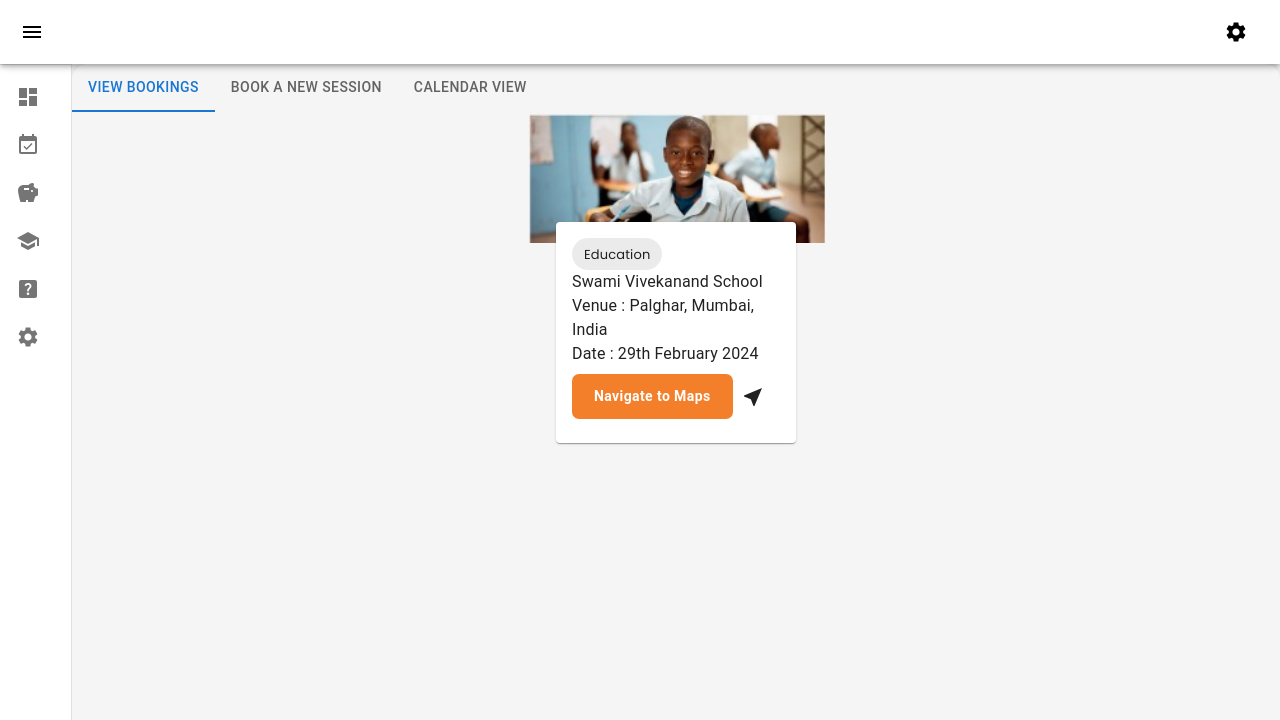
Repository: shubhampirate/Google_Solutions_Edural
Page: /bookings
An editor plug-in stored every save of this project. The page is shown before and after the next save, followed by the edit.
The browser window is 1280 px wide. The pictures show the whole page.
An inner scrolling area shows only its first screen. The project was rebuilt for these pictures with package versions that can differ from the ones it lists, and the page was loaded fresh each time. Some packages were replaced by stand-ins written for this rebuild. Also part of the build but not shown: src/Components/Navbar.jsx, src/Components/Footer.jsx, src/Components/CongratsCard.jsx, src/pages/Hero/Hero.jsx, src/pages/Dashboard/Dashboard.jsx, src/pages/Sign_in.jsx, src/pages/Bookings/LicenseCard.jsx.

Above is the page before, as saved 2024-02-04 18:11:23.

### src/index.js
import React from "react";
import ReactDOM from "react-dom/client";
import "./index.css";
import { GoogleOAuthProvider } from '@react-oauth/google';
import App from "./App";
import { BrowserRouter } from "react-router-dom";
const root = ReactDOM.createRoot(
    document.getElementById("root"));
root.render(
    <BrowserRouter>
<GoogleOAuthProvider clientId="730379698185-cv7a59sok9sod43v04ee6g6pt4gtaea2.apps.googleusercontent.com">
        {/* <React.StrictMode> */}
            <App />
        {/* </React.StrictMode> */}
    </GoogleOAuthProvider>
    </BrowserRouter>

);

### src/App.jsx
import Hero from "./pages/Hero/Hero";
import Dashboard from "./pages/Dashboard/Dashboard";
import Layout from "./Components/layout";
import SignIn from "./pages/Sign_in";
import Booking from "./pages/Bookings/bookings"
import {useState} from "react";
import { Route, Routes } from "react-router-dom";
function App() {
  return (
    <>
      {/* <Hero />   */}
      {/* <SignIn /> */}
      <Routes>
        <Route path="/signin" element={<><SignIn /></>} />
        <Route path="/dashboard" element={<Layout><Dashboard /></Layout>} />
        {/* <Route path="/education" element={<><Education /></>} /> */}
        <Route path="/bookings" element={<Layout><Booking /></Layout>} />
        {/* <Route path="/profile" element={<><Profile /></>} /> */}
        {/* <Route path="/finance" element={<><Finance /></>} /> */}
        {/* <Route path="/questions" element={<><Questions /></>} /> */}
        {/* <Route path="/retireaibot" element={<><Bot /></>} /> */}
        <Route path="/" element={<><Hero /></>} />
      </Routes>
         </>
  );
}

export default App;

### src/Components/layout.jsx
import React from 'react';
import { styled, createTheme, ThemeProvider } from '@mui/material/styles';
import CssBaseline from '@mui/material/CssBaseline';
import MuiDrawer from '@mui/material/Drawer';
import Box from '@mui/material/Box';
import MuiAppBar from '@mui/material/AppBar';
import Toolbar from '@mui/material/Toolbar';
import IconButton from '@mui/material/IconButton';
import MenuIcon from '@mui/icons-material/Menu';
import ChevronLeftIcon from '@mui/icons-material/ChevronLeft';
import { mainListItems } from './listItems';
import { List } from '@mui/material';
import Divider from '@mui/material/Divider';
import Badge from '@mui/material/Badge';
// import NotificationsIcon from '@mui/icons-material/Notifications';
import Typography from '@mui/material/Typography';
import SettingsIcon from '@mui/icons-material/Settings';
const drawerWidth = 240;

const AppBar = styled(MuiAppBar, {
  shouldForwardProp: (prop) => prop !== 'open',
})(({ theme, open }) => ({
  zIndex: theme.zIndex.drawer + 1,
  transition: theme.transitions.create(['width', 'margin'], {
    easing: theme.transitions.easing.sharp,
    duration: theme.transitions.duration.leavingScreen,
  }),
  ...(open && {
    marginLeft: drawerWidth,
    width: `calc(100% - ${drawerWidth}px)`,
    transition: theme.transitions.create(['width', 'margin'], {
      easing: theme.transitions.easing.sharp,
      duration: theme.transitions.duration.enteringScreen,
    }),
  }),
  backgroundColor: 'white', // Set background color to white
  color: 'black',
}));

const Drawer = styled(MuiDrawer, { shouldForwardProp: (prop) => prop !== 'open' })(
  ({ theme, open }) => ({
    '& .MuiDrawer-paper': {
      position: 'relative',
      whiteSpace: 'nowrap',
      width: drawerWidth,
      transition: theme.transitions.create('width', {
        easing: theme.transitions.easing.sharp,
        duration: theme.transitions.duration.enteringScreen,
      }),
      boxSizing: 'border-box',
      ...(!open && {
        overflowX: 'hidden',
        transition: theme.transitions.create('width', {
          easing: theme.transitions.easing.sharp,
          duration: theme.transitions.duration.leavingScreen,
        }),
        width: theme.spacing(7),
        [theme.breakpoints.up('sm')]: {
          width: theme.spacing(9),
        },
      }),
    },
  }),
);

const defaultTheme = createTheme();

const Layout = ({ children }) => {
  const [open, setOpen] = React.useState(false);

  const toggleDrawer = () => {
    setOpen(!open);
  };

  return (
    <ThemeProvider theme={defaultTheme}>
      <Box sx={{ display: 'flex' }}>
        <CssBaseline />
        <AppBar position="absolute" open={open}
        //  sx={{
        //         backgroundColor:
        //         // "rgba(244, 127, 42, 0.04)",
        //         (theme) =>
        //         theme.palette.mode === 'light'
        //             ? theme.palette.grey[100]
        //             : theme.palette.grey[900]}}
                    >
          <Toolbar
            sx={{
              pr: '24px', // keep right padding when drawer closed
            }}
          >
            <IconButton
              edge="start"
              color="inherit"
              aria-label="open drawer"
              onClick={toggleDrawer}
              sx={{
                marginRight: '36px',
                ...(open && { display: 'none' }),
              }}
            >
              <MenuIcon />
            </IconButton>
            <Typography
              component="h1"
              variant="h6"
              color="inherit"
              noWrap
              sx={{ flexGrow: 1 }}
            >
              {/* Dashboard */}
            </Typography>
            <IconButton color="inherit">
              {/* <Badge badgeContent={4} color="secondary"> */}
                <SettingsIcon />
              {/* </Badge> */}
            </IconButton>

          </Toolbar>
        </AppBar>
        <Drawer variant="permanent" open={open}>
          <Toolbar
            sx={{
              display: 'flex',
              alignItems: 'center',
              justifyContent: 'flex-end',
              px: [1],
            }}
          >
            <IconButton onClick={toggleDrawer}>
              <ChevronLeftIcon />
            </IconButton>
          </Toolbar>
          <Divider />
            <List component="nav">
                {mainListItems}
            </List>
        </Drawer>
        <Box
          component="main"
          sx={{
            backgroundColor: (theme) =>
              theme.palette.mode === 'light'
                ? theme.palette.grey[100]
                : theme.palette.grey[900],
            flexGrow: 1,
            height: '100vh',
            overflow: 'auto',
          }}
        >
          <Toolbar />
          {/* Content of individual pages */}
          {children}
        </Box>
      </Box>
    </ThemeProvider>
  );
};

export default Layout;

### src/pages/Bookings/bookings.jsx
import React, { useState, useEffect } from 'react';
import { styled, createTheme, ThemeProvider } from '@mui/material/styles';
import CssBaseline from '@mui/material/CssBaseline';
import Box from '@mui/material/Box';
import Tabs from '@mui/material/Tabs';
import Tab from '@mui/material/Tab';
import Card from '@mui/material/Card';
import CardContent from '@mui/material/CardContent';
import Typography from '@mui/material/Typography';
import GoogleMapReact from 'google-map-react'; // Install with npm/yarn
import FullCalendar from '@fullcalendar/react'; // Install with npm/yarn
import dayGridPlugin from '@fullcalendar/daygrid'; // Install with npm/yarn
import LicenseCard from './LicenseCard';
import { CardActions, Button } from '@mui/material';
import Chip from '@mui/material/Chip';
import CustomButton from '../../Components/CustomButton';
import heroImg from "../../media/img_1.jpeg";
import NorthEastIcon from '@mui/icons-material/NorthEast';
import NearMeIcon from '@mui/icons-material/NearMe';
const defaultTheme = createTheme();



const calendarEvents = [
  { id: 1, title: 'Event 1', start: '2024-02-10', end: '2024-02-12' },
  { id: 2, title: 'Event 2', start: '2024-02-15', end: '2024-02-18' },
  // Add more calendar event data as needed
];

const AnyReactComponent = ({ text }) => <div>{text}</div>;

export default function Booking() {
  const [tabValue, setTabValue] = useState(0);

  const handleChangeTab = (event, newValue) => {
    setTabValue(newValue);
  };

  return (
    <ThemeProvider theme={defaultTheme}>
      <Box sx={{ display: 'flex', borderRadius: '16px', overflow: 'hidden', boxShadow: '0px 0px 10px rgba(0, 0, 0, 0.1)' }}>
        <CssBaseline />
        <Box
          component="main"
          sx={{
            backgroundColor: (theme) =>
              theme.palette.mode === 'light'
                ? theme.palette.grey[100]
                : theme.palette.grey[900],
            flexGrow: 1,
            height: '100vh',
            overflow: 'hidden',
          }}
        >
          <Tabs value={tabValue} onChange={handleChangeTab}>
            <Tab label="View Bookings" />
            <Tab label="Book a New Session" />
            <Tab label="Calendar View" />
          </Tabs>

          {tabValue === 0 && (
             <Box position="relative" maxWidth="300px" margin="auto" marginBottom="2rem">
             <img
               src={heroImg}
               alt="card-background"
               style={{
                 width: '100%',
                 height: '60%',
                 objectFit: 'cover',
               }}
             />
             <Card
               sx={{
                 position: 'absolute',
                 top: '80%', // Start from around 20% from the top
                 left: '10%', // Adjust as needed
                 right: '10%', // Adjust as needed
                 backgroundColor: (theme) => theme.palette.background.paper,
                 opacity: 1,

                //  minHeight:  , // Adjust as needed
                 overflow: 'auto',
               }}
             >
               <CardContent>
               <Chip size="sm" variant="soft" label="Education" />

           <Typography level="title-lg"> Swami Vivekanand School </Typography>
        <Typography level="body-md">
         Venue : Palghar, Mumbai, India
        </Typography>
        <Typography level="body-md">
         Date : 29th February 2024
        </Typography>
        <Box sx={{ display: 'flex', alignItems: 'center', marginTop: '8px' }}>
            <CustomButton backgroundColor="#F47F2A" color="#fff" buttonText="Navigate to Maps" heroBtn={true} />
            <NearMeIcon sx={{ marginLeft: '8px' }} />
          </Box>
               </CardContent>

             </Card>
           </Box>
          )}

          {tabValue === 1 && (
            <Box>
              {/* Book a New Session Content */}
              {/* Use Google Maps component to search for schools */}
              <GoogleMapReact
                bootstrapURLKeys={{ key: 'YOUR_GOOGLE_MAPS_API_KEY' }}
                defaultCenter={{ lat: 37.7749, lng: -122.4194 }}
                defaultZoom={10}
              >
                <AnyReactComponent lat={37.7749} lng={-122.4194} text="Your Location" />
              </GoogleMapReact>
            </Box>
          )}

          {tabValue === 2 && (
             <Box>
             {/* Calendar View Content */}
             {/* <FullCalendar
               plugins={[dayGridPlugin]}
               initialView="dayGridMonth"
               events={calendarEvents}
             /> */}
           </Box>          )}
        </Box>
      </Box>
    </ThemeProvider>
  );
}

### src/Components/CustomButton.jsx
import { Button, styled } from "@mui/material";
import React from "react";

const CustomButton = ({
  backgroundColor,
  color,
  buttonText,
  heroBtn,
  guideBtn,
  getStartedBtn,
}) => {
  const CustomButton = styled(Button)(({ theme }) => ({
    backgroundColor: backgroundColor,
    color: color,
    fontWeight: "700",
    fontSize: "14px",
    cursor: "pointer",
    padding: "0.5rem 1.25rem",
    borderRadius: "7px",
    textTransform: "none",
    display: "block",
    border: "2px solid transparent",
    "&:hover": {
      backgroundColor: color,
      color: backgroundColor,
      borderColor: backgroundColor,
    },
    [theme.breakpoints.down("md")]: {
      margin: (heroBtn || getStartedBtn) && theme.spacing(0, "auto", 3, "auto"),
      width: (heroBtn || getStartedBtn) && "90%",
    },
    [theme.breakpoints.down("sm")]: {
      marginTop: guideBtn && theme.spacing(3),
      width: guideBtn && "90%",
    },
  }));

  return <CustomButton>{buttonText}</CustomButton>;
};

export default CustomButton;

### src/Components/listItems.jsx
import * as React from 'react';
import ListItemButton from '@mui/material/ListItemButton';
import ListItemIcon from '@mui/material/ListItemIcon';
import ListItemText from '@mui/material/ListItemText';
import DashboardIcon from '@mui/icons-material/Dashboard';
import MedicalInformationIcon from '@mui/icons-material/MedicalInformation';
import SavingsIcon from '@mui/icons-material/Savings';
import SchoolIcon from '@mui/icons-material/School';
import HelpCenterIcon from '@mui/icons-material/HelpCenter';
import SettingsIcon from '@mui/icons-material/Settings';
import SmartToyIcon from '@mui/icons-material/SmartToy';
import { Link } from 'react-router-dom';
// import GoogleTranslateComponent from './GoogleTranslateComponent';
import EventAvailableIcon from '@mui/icons-material/EventAvailable';

export const mainListItems = (
  <>
    <React.Fragment>
      <Link to="/dashboard" style={{ textDecoration: "none", color: "black" }}>
        <ListItemButton>
          <ListItemIcon>
            <DashboardIcon />
          </ListItemIcon>
          <ListItemText primary="Dashboard" />
        </ListItemButton>
      </Link>
      <Link to="/bookings" style={{ textDecoration: "none", color: "black" }}>
        <ListItemButton>
          <ListItemIcon>
            <EventAvailableIcon />
          </ListItemIcon>
          <ListItemText primary="Bookings" />
        </ListItemButton>
      </Link>
      <Link to="/donation" style={{ textDecoration: "none", color: "black" }}>
        <ListItemButton>
          <ListItemIcon>
            <SavingsIcon />
          </ListItemIcon>
          <ListItemText primary="Donation" />
        </ListItemButton>
      </Link>
      <Link to="/education" style={{ textDecoration: "none", color: "black" }}>
        <ListItemButton>
          <ListItemIcon>
            <SchoolIcon />
          </ListItemIcon>
          <ListItemText primary="Educational Test" />
        </ListItemButton>
      </Link>
      <Link to="/questions" style={{ textDecoration: "none", color: "black" }}>
        <ListItemButton>
          <ListItemIcon>
            <HelpCenterIcon />
          </ListItemIcon>
          <ListItemText primary="FAQ" />
        </ListItemButton>
      </Link>
      <Link to="/profile" style={{ textDecoration: "none", color: "black" }}>
        <ListItemButton>
          <ListItemIcon>
            <SettingsIcon />
          </ListItemIcon>
          <ListItemText primary="Profile" />
        </ListItemButton>
      </Link>
      {/* <Link to="/retireaibot" style={{ textDecoration: "none", color: "black" }}>
        <ListItemButton>
          <ListItemIcon>
            <SmartToyIcon />
          </ListItemIcon>
          <ListItemText primary="Retire AI Bot" />
        </ListItemButton>
      </Link> */}
    </React.Fragment >
  </>
);

Loaded but not shown: public/index.html (common file); src/index.css (common file)

After the next save:
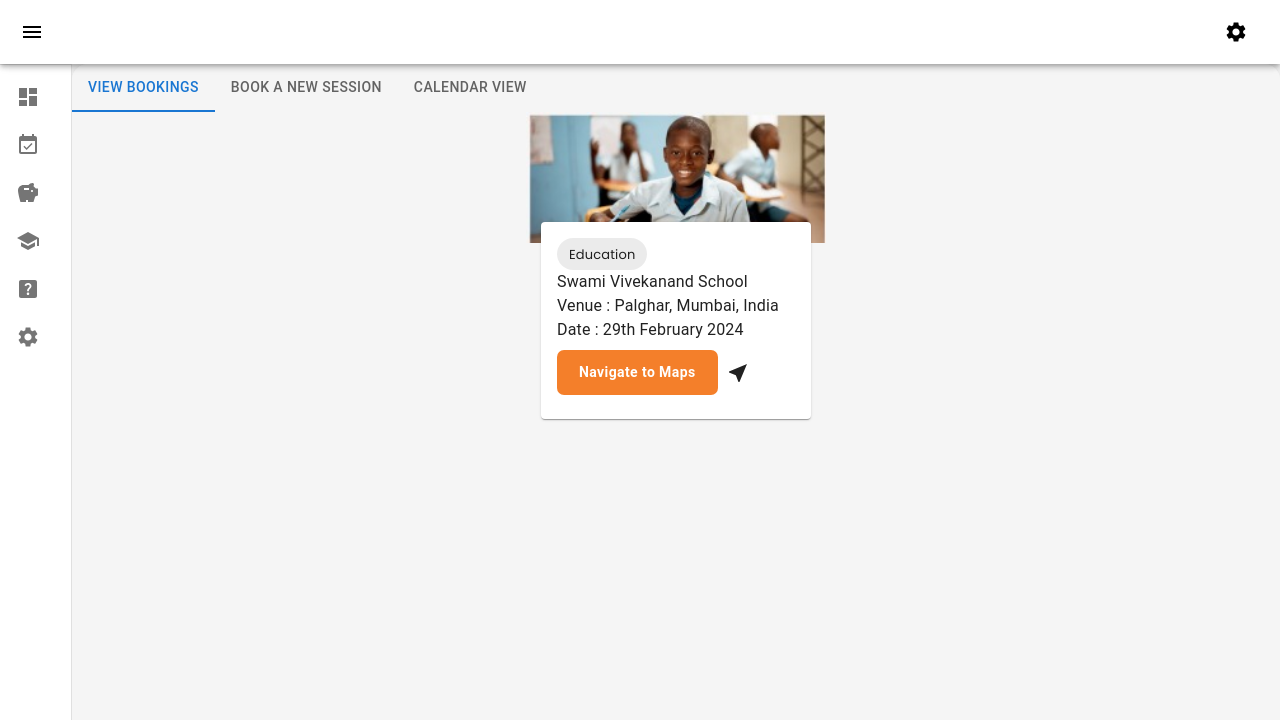
Saved 20 s later.
--- a/src/pages/Bookings/bookings.jsx
+++ b/src/pages/Bookings/bookings.jsx
@@ -73,8 +73,8 @@ export default function Booking() {
                sx={{
                  position: 'absolute',
                  top: '80%', // Start from around 20% from the top
-                 left: '10%', // Adjust as needed
-                 right: '10%', // Adjust as needed
+                 left: '5%', // Adjust as needed
+                 right: '5%', // Adjust as needed
                  backgroundColor: (theme) => theme.palette.background.paper,
                  opacity: 1,
 
